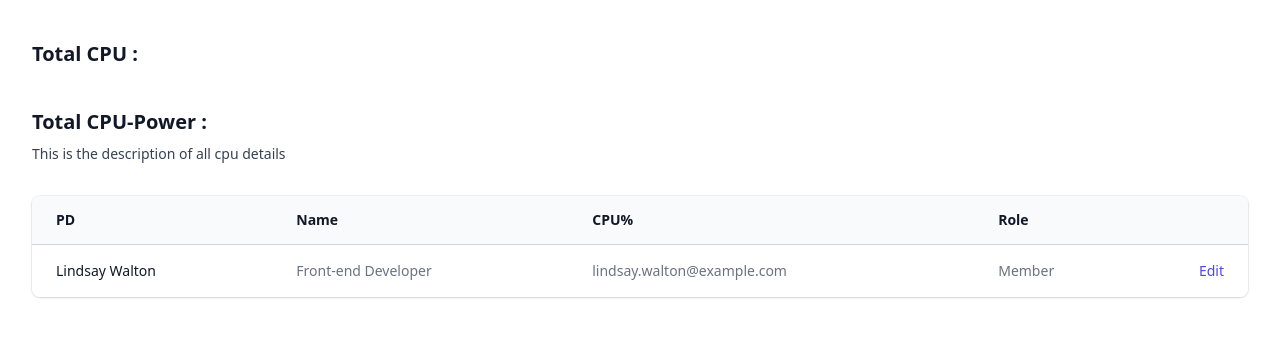
Repository: emorilebo/cpu-reader
Page: /
The author's editor kept a copy of each file at every save. The page is drawn from the files as they stood at one save, then again after the next save.
The browser window is 1280 px wide. The pictures show the whole page.
The project was rebuilt for these pictures with package versions that can differ from the ones it lists, and the page was loaded fresh each time. The framework's server and built-in components were replaced by stand-ins that run in the browser. Also part of the build but not shown: next.config.js, styles/Home.module.css.

Above is the page before, as saved 2023-01-13 12:30:11.

### pages/index.js
import Head from 'next/head'
import Image from 'next/image'
import { Inter } from '@next/font/google'
import styles from '../styles/Home.module.css'
import Tables from '../components/Tables'

const inter = Inter({ subsets: ['latin'] })

export default function Home() {
  return (
    <>
      <Head>
        <title>Create Next App</title>
        <meta name="description" content="Generated by create next app" />
        <meta name="viewport" content="width=device-width, initial-scale=1" />
        <link rel="icon" href="/favicon.ico" />
      </Head>
      <main className="">
       <Tables/>
      </main>
    </>
  )
}

### styles/globals.css
@tailwind base;
@tailwind components;
@tailwind utilities;

/* :root {
  --max-width: 1100px;
  --border-radius: 12px;
  --font-mono: ui-monospace, Menlo, Monaco, "Cascadia Mono", "Segoe UI Mono",
    "Roboto Mono", "Oxygen Mono", "Ubuntu Monospace", "Source Code Pro",
    "Fira Mono", "Droid Sans Mono", "Courier New", monospace;

  --foreground-rgb: 0, 0, 0;
  --background-start-rgb: 214, 219, 220;
  --background-end-rgb: 255, 255, 255;

  --primary-glow: conic-gradient(
    from 180deg at 50% 50%,
    #16abff33 0deg,
    #0885ff33 55deg,
    #54d6ff33 120deg,
    #0071ff33 160deg,
    transparent 360deg
  );
  --secondary-glow: radial-gradient(
    rgba(255, 255, 255, 1),
    rgba(255, 255, 255, 0)
  );

  --tile-start-rgb: 239, 245, 249;
  --tile-end-rgb: 228, 232, 233;
  --tile-border: conic-gradient(
    #00000080,
    #00000040,
    #00000030,
    #00000020,
    #00000010,
    #00000010,
    #00000080
  );

  --callout-rgb: 238, 240, 241;
  --callout-border-rgb: 172, 175, 176;
  --card-rgb: 180, 185, 188;
  --card-border-rgb: 131, 134, 135;
}

@media (prefers-color-scheme: dark) {
  :root {
    --foreground-rgb: 255, 255, 255;
    --background-start-rgb: 0, 0, 0;
    --background-end-rgb: 0, 0, 0;

    --primary-glow: radial-gradient(rgba(1, 65, 255, 0.4), rgba(1, 65, 255, 0));
    --secondary-glow: linear-gradient(
      to bottom right,
      rgba(1, 65, 255, 0),
      rgba(1, 65, 255, 0),
      rgba(1, 65, 255, 0.3)
    );

    --tile-start-rgb: 2, 13, 46;
    --tile-end-rgb: 2, 5, 19;
    --tile-border: conic-gradient(
      #ffffff80,
      #ffffff40,
      #ffffff30,
      #ffffff20,
      #ffffff10,
      #ffffff10,
      #ffffff80
    );

    --callout-rgb: 20, 20, 20;
    --callout-border-rgb: 108, 108, 108;
    --card-rgb: 100, 100, 100;
    --card-border-rgb: 200, 200, 200;
  }
}

* {
  box-sizing: border-box;
  padding: 0;
  margin: 0;
}

html,
body {
  max-width: 100vw;
  overflow-x: hidden;
}

body {
  color: rgb(var(--foreground-rgb));
  background: linear-gradient(
      to bottom,
      transparent,
      rgb(var(--background-end-rgb))
    )
    rgb(var(--background-start-rgb));
}

a {
  color: inherit;
  text-decoration: none;
}

@media (prefers-color-scheme: dark) {
  html {
    color-scheme: dark;
  }
} */

### components/Tables.jsx
import React from "react";

const cpu = [
  {
    name: "Lindsay Walton",
    title: "Front-end Developer",
    email: "lindsay.walton@example.com",
    role: "Member",
  },
  // More people...
];

export default function Tables() {
  return (
    <div className="px-4 sm:px-6 lg:px-8">
      <div className="sm:flex sm:items-center">
        <div className="sm:flex-auto">
          <h1 className=" mt-10 text-xl font-semibold text-gray-900">
            Total CPU :{" "}
          </h1>
          <h1 className=" mt-10 text-xl font-semibold text-gray-900">
            Total CPU-Power :{" "}
          </h1>
          <p className="mt-2 text-sm text-gray-700">
            This is the description of all cpu details
          </p>
        </div>
      </div>
      <div className="mt-8 flex flex-col">
        <div className="-my-2 -mx-4 overflow-x-auto sm:-mx-6 lg:-mx-8">
          <div className="inline-block min-w-full py-2 align-middle md:px-6 lg:px-8">
            <div className="overflow-hidden shadow ring-1 ring-black ring-opacity-5 md:rounded-lg">
              <table className="min-w-full divide-y divide-gray-300">
                <thead className="bg-gray-50">
                  <tr>
                    <th
                      scope="col"
                      className="py-3.5 pl-4 pr-3 text-left text-sm font-semibold text-gray-900 sm:pl-6"
                    >
                      PD
                    </th>
                    <th
                      scope="col"
                      className="px-3 py-3.5 text-left text-sm font-semibold text-gray-900"
                    >
                      Name
                    </th>
                    <th
                      scope="col"
                      className="px-3 py-3.5 text-left text-sm font-semibold text-gray-900"
                    >
                      CPU%
                    </th>
                    <th
                      scope="col"
                      className="px-3 py-3.5 text-left text-sm font-semibold text-gray-900"
                    >
                      Role
                    </th>
                    <th
                      scope="col"
                      className="relative py-3.5 pl-3 pr-4 sm:pr-6"
                    >
                      <span className="sr-only">Edit</span>
                    </th>
                  </tr>
                </thead>
                <tbody className="divide-y divide-gray-200 bg-white">
                  {cpu.map((person) => (
                    <tr key={person.email}>
                      <td className="whitespace-nowrap py-4 pl-4 pr-3 text-sm font-medium text-gray-900 sm:pl-6">
                        {person.name}
                      </td>
                      <td className="whitespace-nowrap px-3 py-4 text-sm text-gray-500">
                        {person.title}
                      </td>
                      <td className="whitespace-nowrap px-3 py-4 text-sm text-gray-500">
                        {person.email}
                      </td>
                      <td className="whitespace-nowrap px-3 py-4 text-sm text-gray-500">
                        {person.role}
                      </td>
                      <td className="relative whitespace-nowrap py-4 pl-3 pr-4 text-right text-sm font-medium sm:pr-6">
                        <a
                          href="#"
                          className="text-indigo-600 hover:text-indigo-900"
                        >
                          Edit<span className="sr-only">, {person.name}</span>
                        </a>
                      </td>
                    </tr>
                  ))}
                </tbody>
              </table>
            </div>
          </div>
        </div>
      </div>
    </div>
  );
}

Loaded but not shown: pages/_app.js (common file); pages/_document.js (common file); tailwind.config.js (common file)

After the next save:
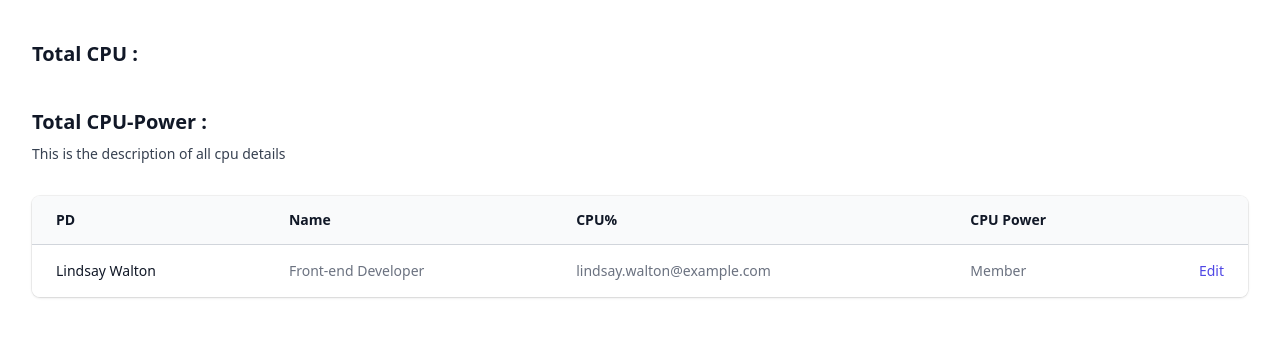
Saved 15 s later.
--- a/components/Tables.jsx
+++ b/components/Tables.jsx
@@ -55,7 +55,7 @@ export default function Tables() {
                       scope="col"
                       className="px-3 py-3.5 text-left text-sm font-semibold text-gray-900"
                     >
-                      Role
+                      CPU Power
                     </th>
                     <th
                       scope="col"
